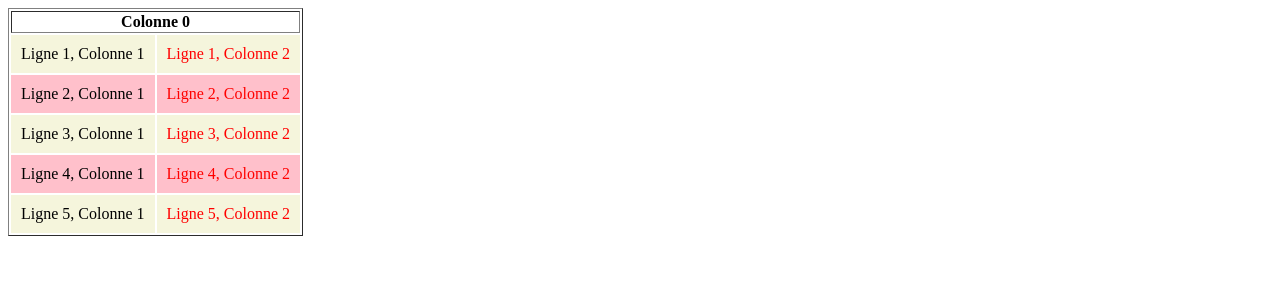
Repository: Chaimaa482/web-tp4
Page: ex1.html
An editor plug-in stored every save of this project. The page is shown before and after the next save, followed by the edit.
The browser window is 1280 px wide. The pictures show the whole page.

Above is the page before, as saved 2023-10-22 16:30:31.

After the next save:
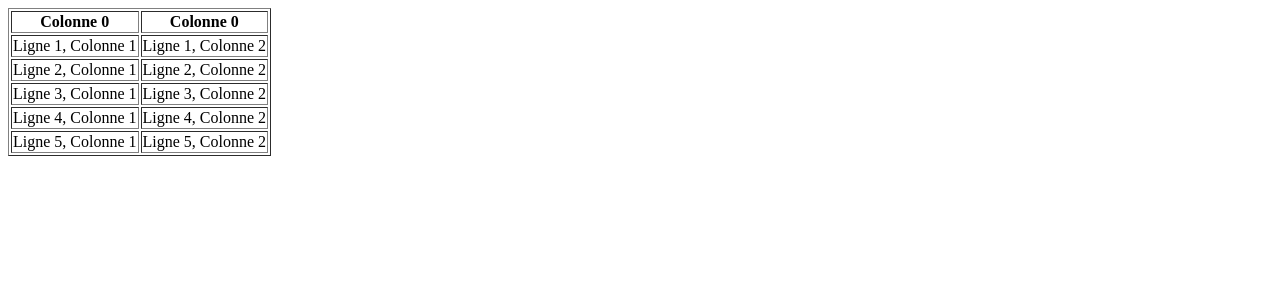
Console error: SyntaxError: Unexpected token 'var'
Saved 5 s later.
--- a/ex1.html
+++ b/ex1.html
@@ -59,7 +59,7 @@
 
 
         //delete bordure
-        row
+        row[1].
         for (var i = 0; i < cells.length; i++) {
             cells[i].style.border = "none";
             cells[i].style.padding='10px'
